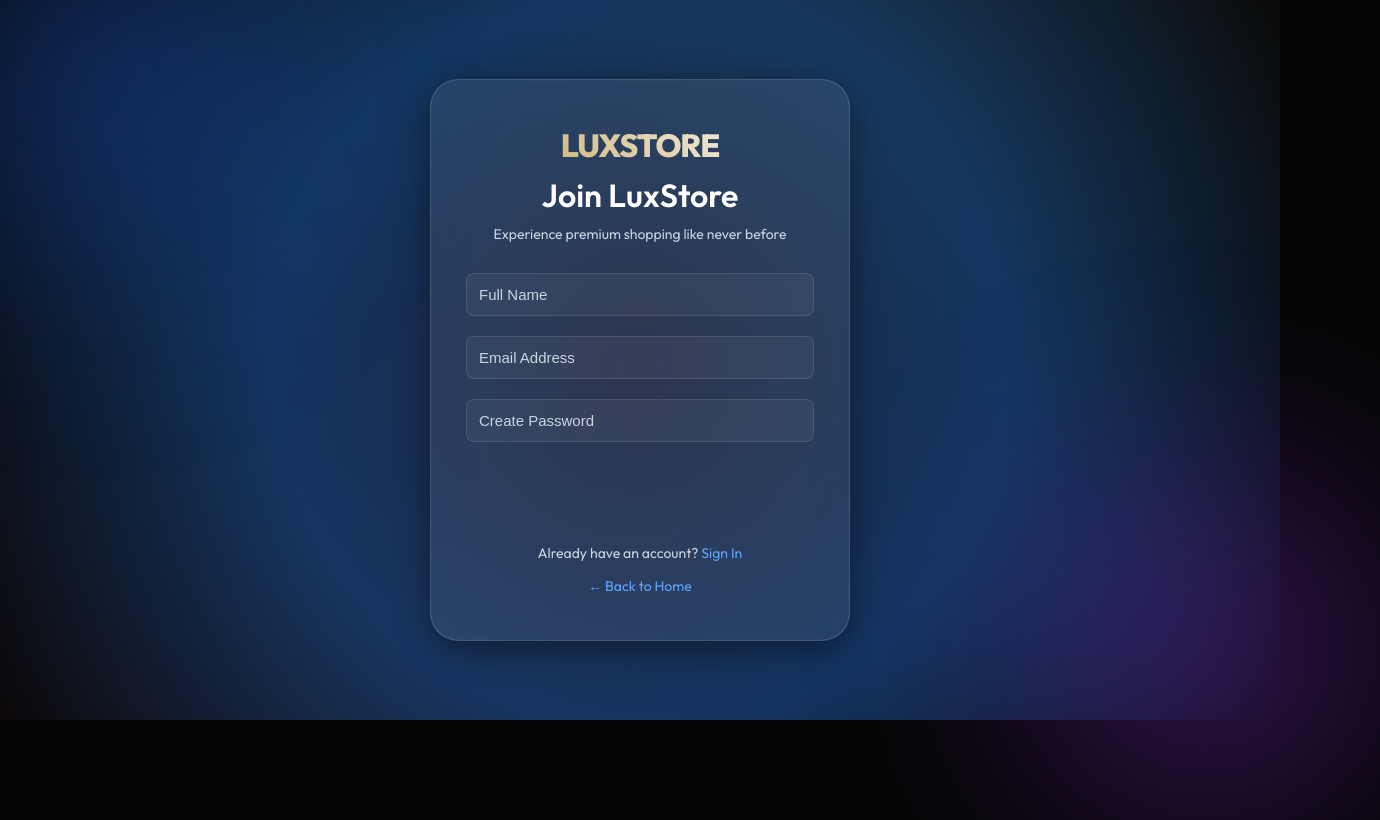
Repository: pradeepkumarh-17/Ecommerce
Page: http://localhost/EcomStore/views/auth/register.jsp
The author's editor kept a copy of each file at every save. The page is drawn from the files as they stood at one save, then again after the next save.
The browser window is 1280 px wide. The page is 1380 px wide, so the pictures cover 1380 px, including what lies to the right of the window. The pictures show the whole page.
Some web libraries are served in a nearby version. The page is served by Tomcat 10.

Above is the page before, as saved 2026-05-08 07:49:36.

After the next save:
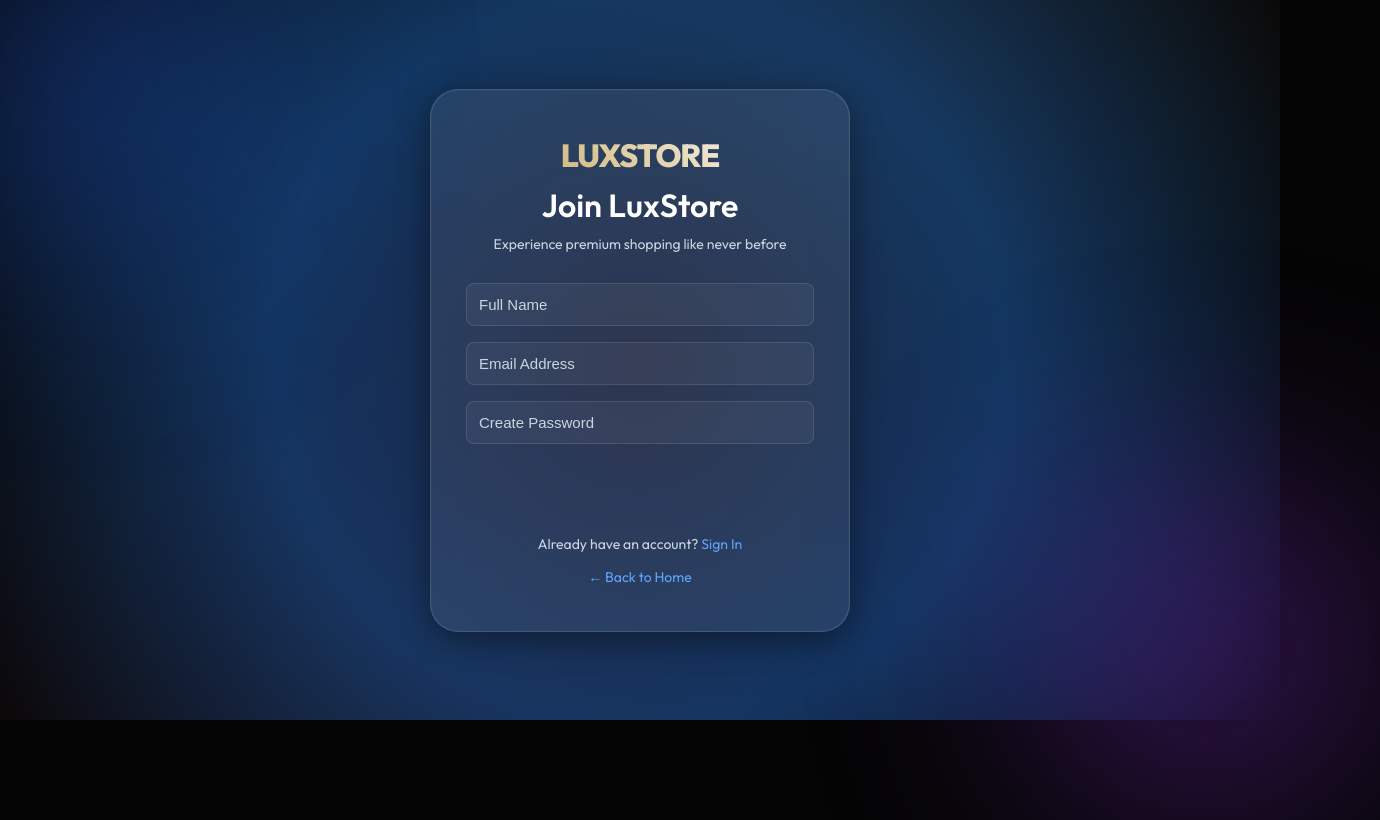
Saved 33 min 10 s later.
--- a/EcomStore/src/main/webapp/assets/css/auth.css
+++ b/EcomStore/src/main/webapp/assets/css/auth.css
@@ -289,3 +289,64 @@ body::after{
         font-size:26px;
     }
 }
+
+
+/* FIX REGISTER CARD HEIGHT */
+.auth-box{
+    height:auto !important;
+    min-height:auto !important;
+}
+
+/* FIX FORM SPACING */
+.auth-box form{
+    display:flex;
+    flex-direction:column;
+    gap:16px;
+}
+
+/* FIX INPUT MARGIN */
+.input-group{
+    margin-bottom:0 !important;
+}
+
+/* BUTTON FIX */
+.register-btn{
+    width:100% !important;
+
+    padding:16px !important;
+
+    margin-top:10px !important;
+
+    display:block !important;
+
+    visibility:visible !important;
+
+    opacity:1 !important;
+
+    border:none !important;
+
+    border-radius:14px !important;
+
+    background:linear-gradient(
+        135deg,
+        #2563eb,
+        #7c3aed
+    ) !important;
+
+    color:#ffffff !important;
+
+    font-size:16px !important;
+
+    font-weight:600 !important;
+
+    cursor:pointer !important;
+
+    z-index:999 !important;
+
+    position:relative !important;
+}
+
+/* REMOVE EXTRA SPACE */
+.switch{
+    margin-top:18px !important;
+}
